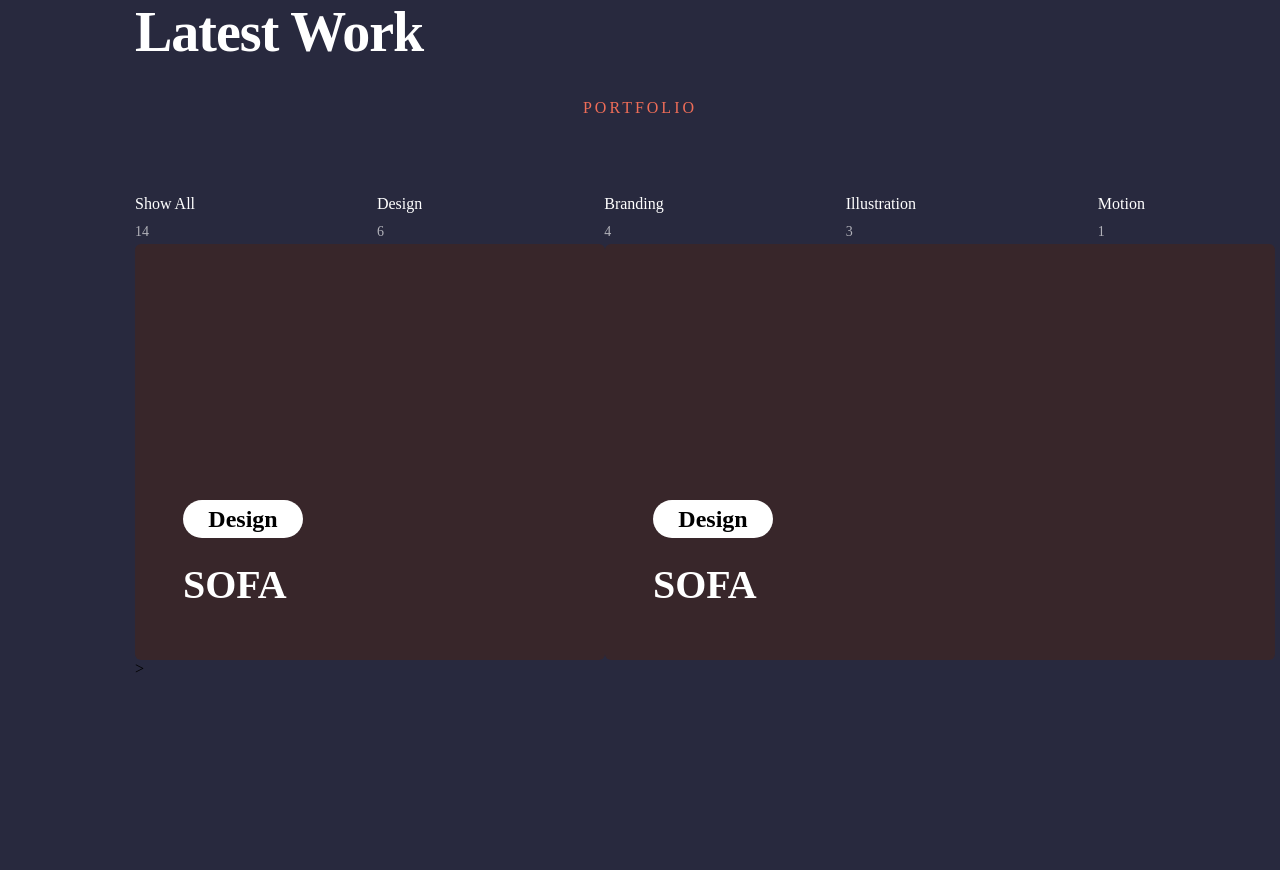
Repository: kubrazamanova/Position-3
Page: index.html
These files come from the project's save history. The page is drawn as it stood at one moment and after a run of saves; the edit follows.
The browser window is 1280 px wide. The pictures show the whole page.

Above is the page before, as saved 2023-10-21 11:14:53.

After the next 3 saves:
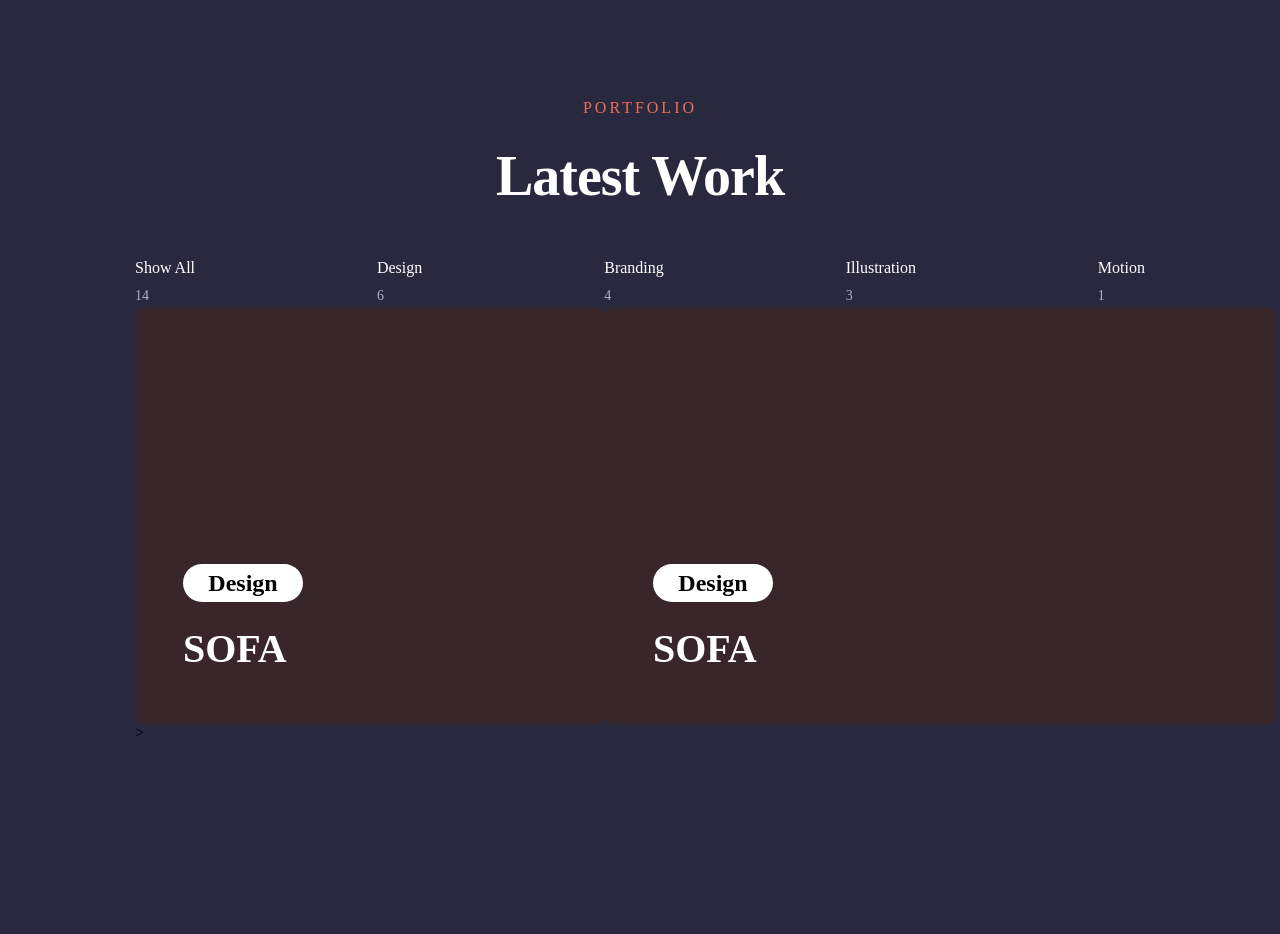
The 3 saves are shown as one change because they came seconds apart.
The last was saved 62 s later.
--- a/index.css
+++ b/index.css
@@ -38,8 +38,7 @@
   line-height: 64px;
   letter-spacing: -1px;
 
-  position:absolute ;
-  top: 0;
+
 }
 
 .container .number ul {
